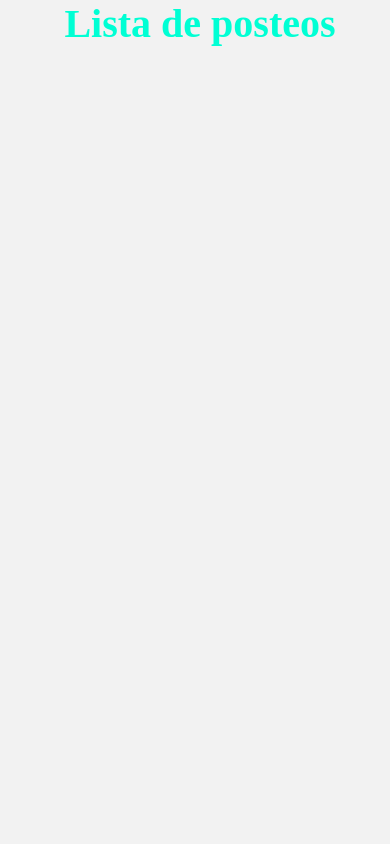
Repository: larafernandezo/finalprog3
Screen: /Home
An editor plug-in stored every save of this project. The screen is shown before and after the next save, followed by the edit.
The page's requests for data from a server got no answer. The app was drawn by React Native's web renderer in a window 390 px wide. The project was rebuilt for these pictures with package versions that can differ from the ones it lists, and the page was loaded fresh each time. No one was signed in, and anything a server would have sent is missing. Also part of the build but not shown: src/components/Camera.js, src/screens/Registro.js, src/components/Post.js, src/screens/MiPerfil.js, src/screens/NuevoPost.js, src/components/Menu.js, src/screens/Perfil.js.

Above is the screen before, as saved 2022-11-22 01:25:53.

After the next save:
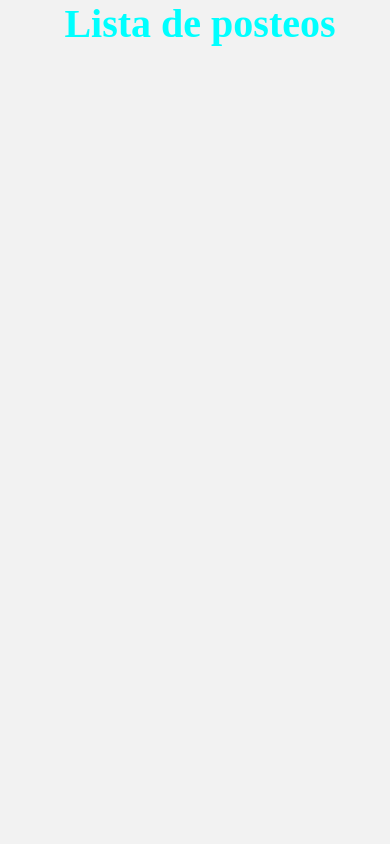
Saved 6 s later.
--- a/src/screens/Home.js
+++ b/src/screens/Home.js
@@ -50,7 +50,7 @@ const styles = StyleSheet.create({
         fontWeight:'bold',
         textAlign:'center',
         fontFamily: 'avenir',
-        color: 'rgb(0, 255, 212)'
+        color: 'rgb(0, 255, 255)'
 
     },
     view:{
